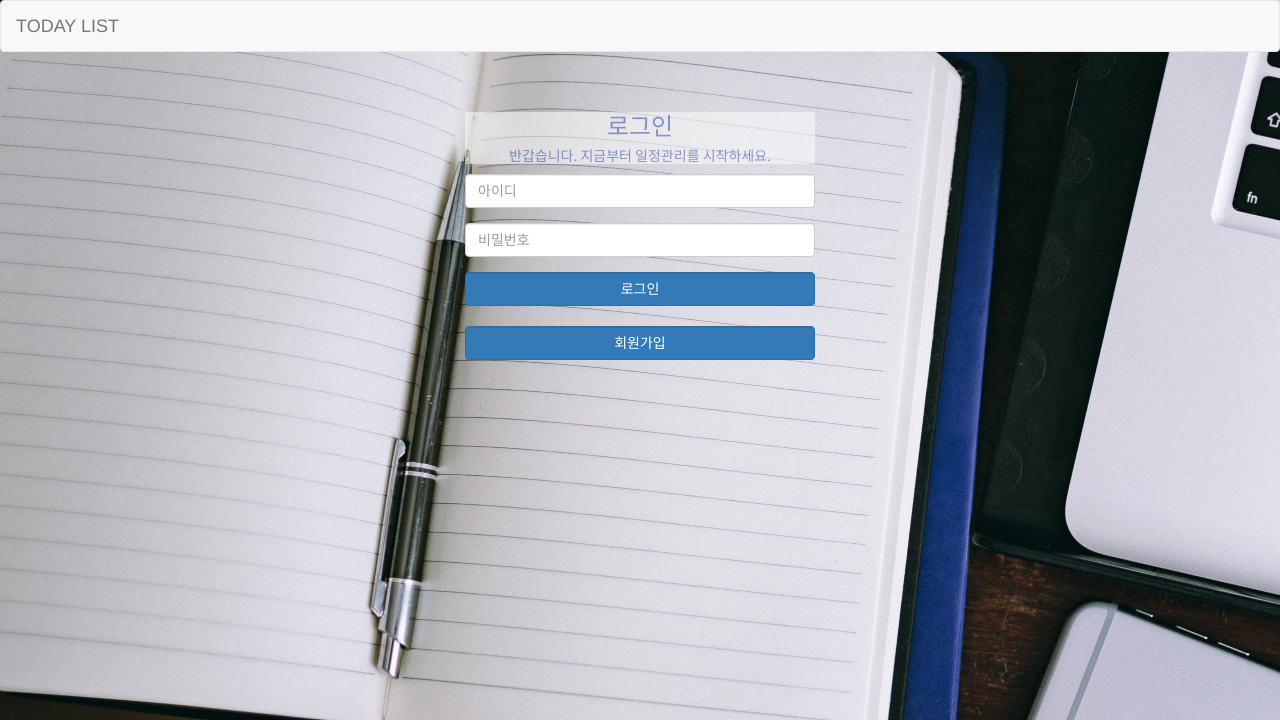
Repository: heedayday/today_list
Page: http://localhost/TODOLIST2/login.jsp
An editor plug-in stored every save of this project. The page is shown before and after the next save, followed by the edit.
The browser window is 1280 px wide. The pictures show the whole page.
The page is served by Tomcat 9.

Above is the page before, as saved 2020-11-12 18:37:36.

After the next save:
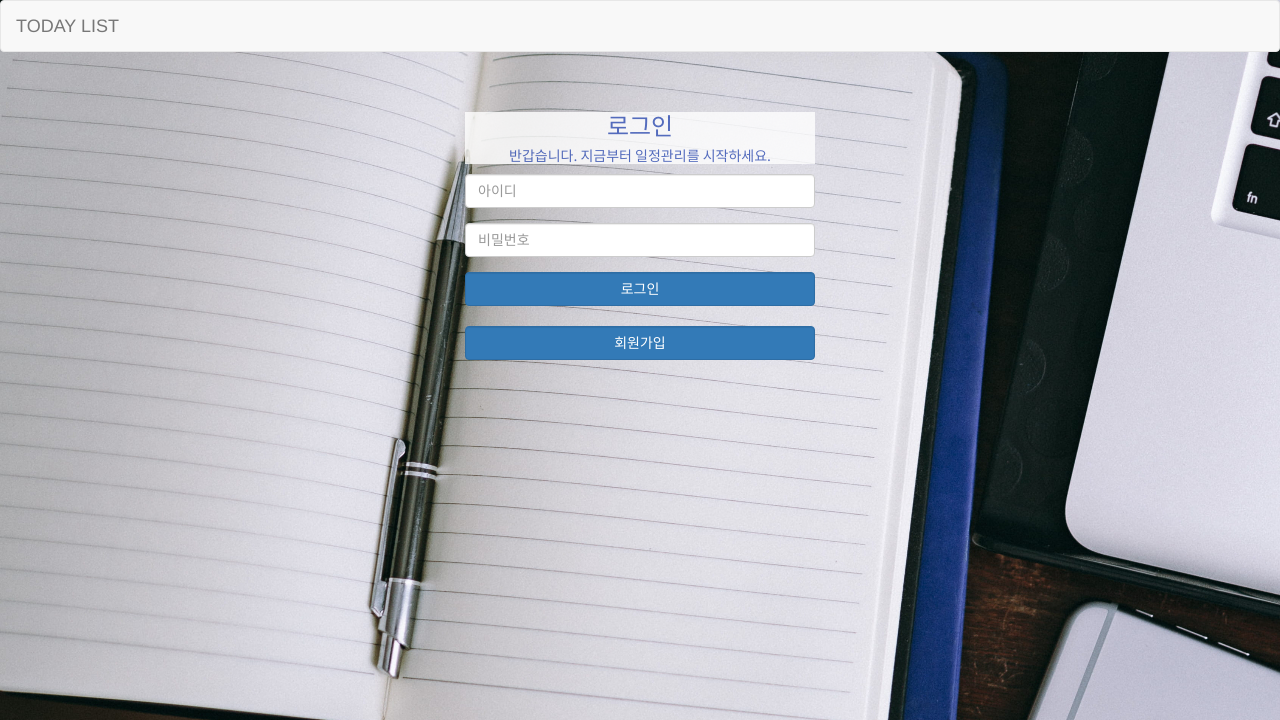
Saved 19 s later.
--- a/TODOLIST2/WebContent/login.jsp
+++ b/TODOLIST2/WebContent/login.jsp
@@ -18,7 +18,7 @@
         font-weight: bold;
         text-align: center;
         background-color: #ffffff;
-        opacity: 0.5;
+        opacity: 0.8;
       }
 </style>
 </head>

After the save that followed:
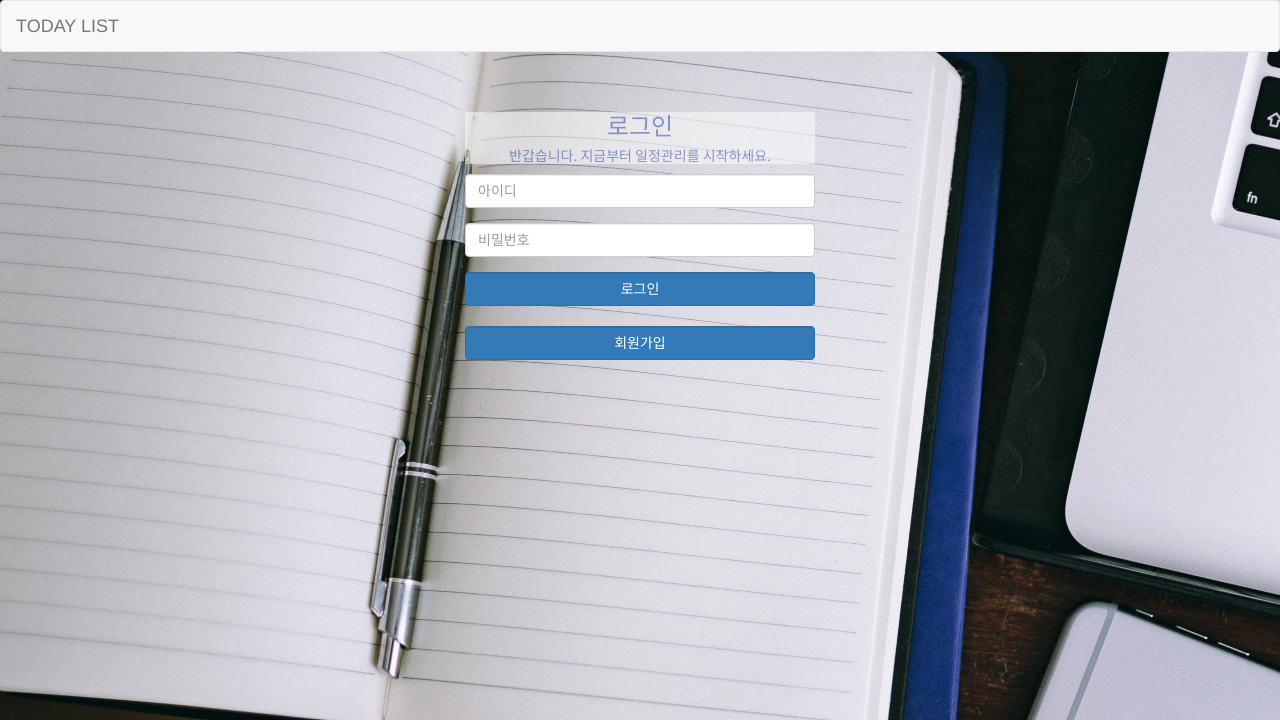
Saved 11 s later.
--- a/TODOLIST2/WebContent/login.jsp
+++ b/TODOLIST2/WebContent/login.jsp
@@ -18,7 +18,7 @@
         font-weight: bold;
         text-align: center;
         background-color: #ffffff;
-        opacity: 0.8;
+        opacity: 0.5;
       }
 </style>
 </head>
